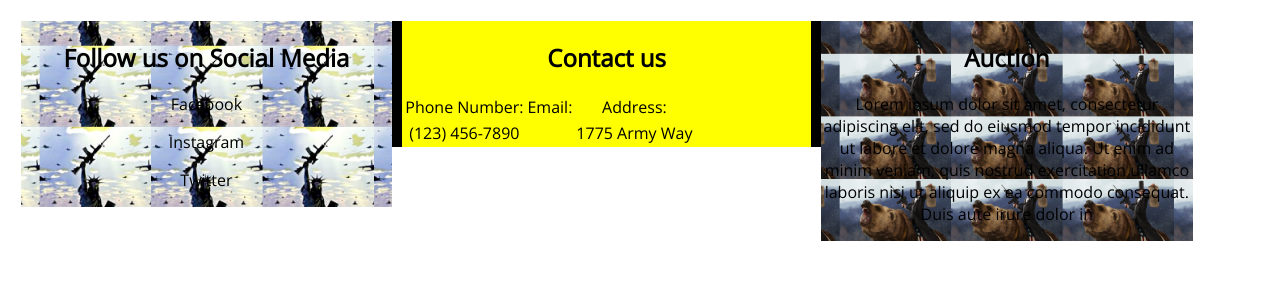
Repository: 3EyEdRav3n/10-2020-cohort-course
Page: week-1/Week-1 Assignment/index.html
The author's editor kept a copy of each file at every save. The page is drawn from the files as they stood at one save, then again after the next save.
The browser window is 1280 px wide. The pictures show the whole page.

Above is the page before, as saved 2020-11-01 21:40:14.

### week-1/Week-1 Assignment/index.html
<!DOCTYPE html>
<html lang="en">
  <head>
    <meta charset="UTF-8" />
    <meta name="viewport" content="width=device-width, initial-scale=1.0" />
    <link rel="stylesheet" href="./styles.css" />
    <link
      href="https://fonts.googleapis.com/css2?family=Open+Sans&display=swap"
      rel="stylesheet"
    />
    <link
      href="https://fonts.googleapis.com/css2?family=Open+Sans&family=Roboto+Slab:wght@500&display=swap"
      rel="stylesheet"
    />

    <title>VetTech</title>
  </head>
  <body>
    <div class="container">
      <div class="left-col">
        <h2>Follow us on Social Media</h2>
        <p>Facebook</p>
        <p>Instagram</p>
        <p>Twitter</p>
      </div>

      <div class="center-col">
        <h2>Contact us</h2>
        <table class="contact">
          <thead>
            <tr>
              <td>Phone Number:</td>
              <td>Email:</td>
              <td>Address:</td>
            </tr>
          </thead>
          <tbody>
            <tr>
              <td>(123) 456-7890</td>
              <td><John class="Smith@google com"></John></td>
              <td>1775 Army Way</td>
            </tr>
          </tbody>
        </table>
      </div>
      <div class="right-col">
        <h2>Auction</h2>
        <p>
          Lorem ipsum dolor sit amet, consectetur adipiscing elit, sed do
          eiusmod tempor incididunt ut labore et dolore magna aliqua. Ut enim ad
          minim veniam, quis nostrud exercitation ullamco laboris nisi ut
          aliquip ex ea commodo consequat. Duis aute irure dolor in
        </p>
      </div>
    </div>
  </body>
</html>

### week-1/Week-1 Assignment/styles.css

.container{
        font-family: 'Open Sans', sans-serif;
        min-height:500px;
        padding: 1%;
        box-sizing: border-box;
}
.left-col{
        background-image: url("/images/liberty.jpg");
        background-position: bottom center;
        background-size: 30%;
        background-color: #cccccc;
        text-align: center;
        width: 30%;
        float: left;
}
.center-col{
        background-color: yellow;
        border-left: 10px solid;
        border-right: 10px solid;
        text-align: center;
        width: 33%;
        float: left;
}
.right-col{
        background-image: url("/images/lincoln.jpg");
        background-position: bottom center;
        background-size: 30%;
        background-color: #cccccc;
        text-align: center;
        float: left;
        width: 30%;

}



h1 {
        font-family: 'Open Sans', sans-serif;
}

After the next save:
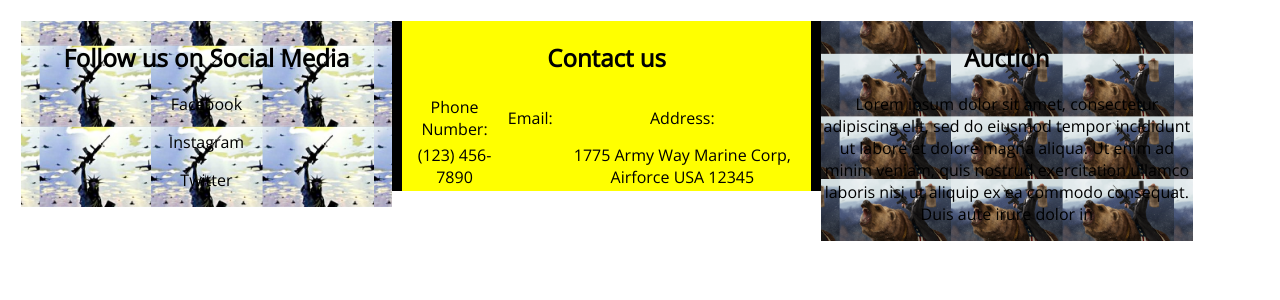
Saved 29 s later.
--- a/week-1/Week-1 Assignment/index.html
+++ b/week-1/Week-1 Assignment/index.html
@@ -38,7 +38,7 @@
             <tr>
               <td>(123) 456-7890</td>
               <td><John class="Smith@google com"></John></td>
-              <td>1775 Army Way</td>
+              <td>1775 Army Way Marine Corp, Airforce USA 12345</td>
             </tr>
           </tbody>
         </table>
